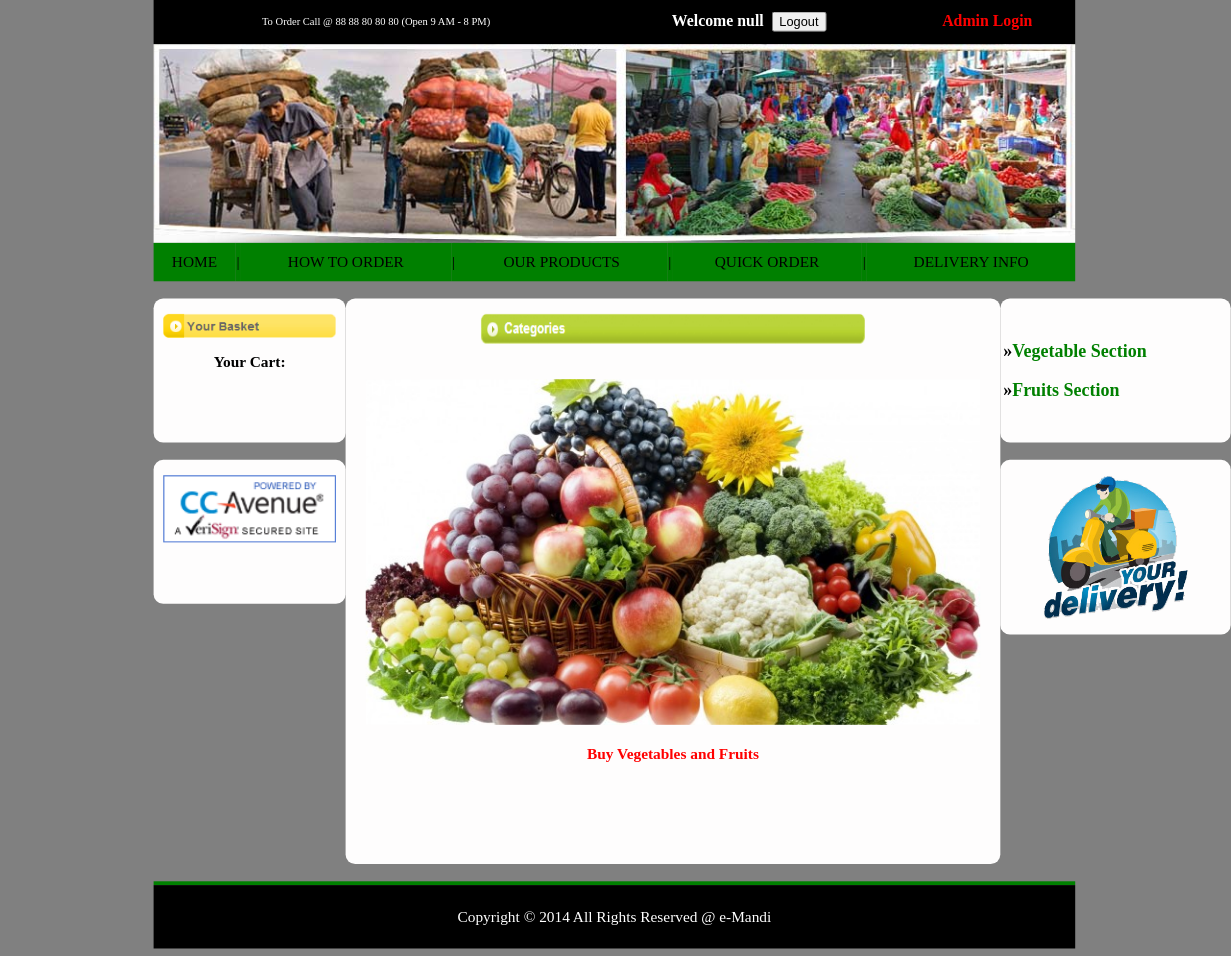
Repository: aashi12/e_mandi
Page: http://localhost/e_mandi/SuccessLogin.jsp
These files come from the project's save history. The page is drawn as it stood at one moment and after the next save; the edit follows.
The browser window is 1280 px wide. The page is 1282 px wide, then 1280 px, so the pictures cover 1282 px, including what lies to the right of the window. The pictures show the whole page, at 96% of full size.
The page is served by Tomcat 9.

Above is the page before, as saved 2014-04-12 06:18:33.

After the next save:
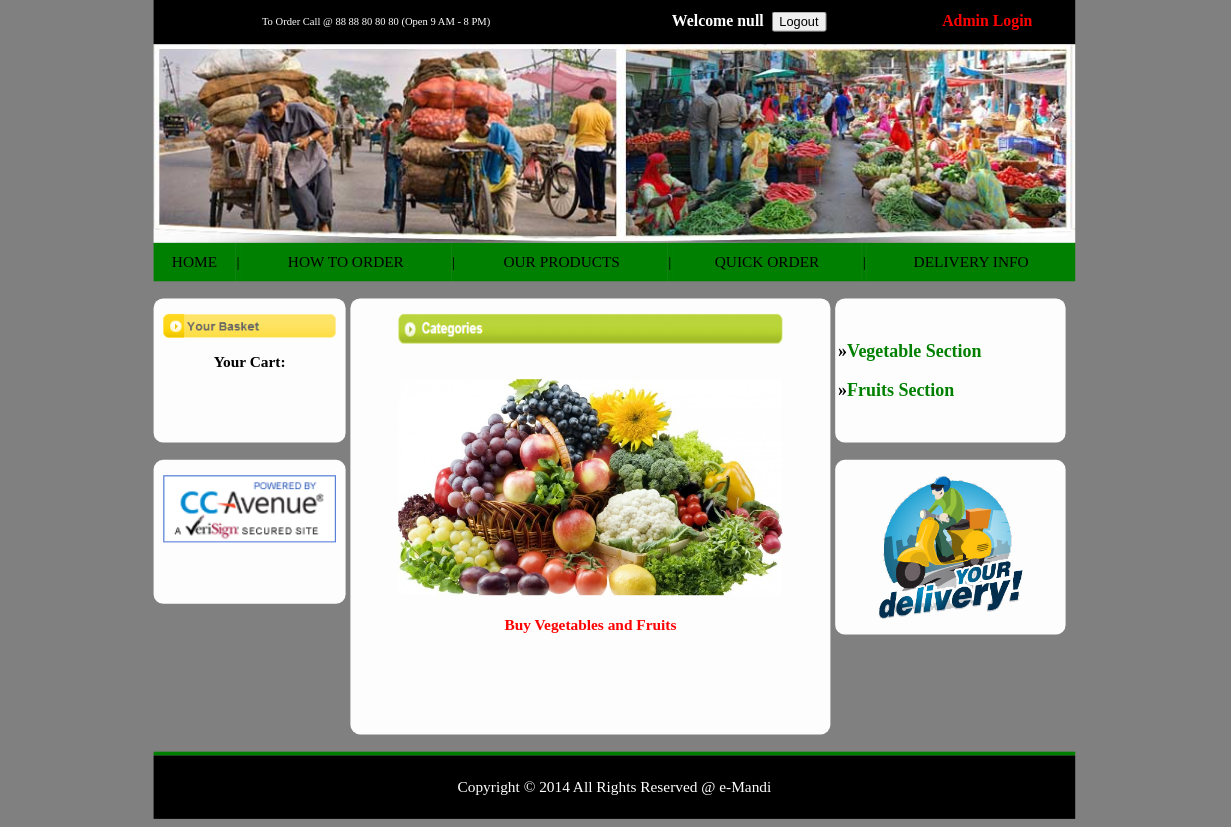
Saved 26 s later.
--- a/e_mandi/WebContent/SuccessLogin.jsp
+++ b/e_mandi/WebContent/SuccessLogin.jsp
@@ -93,7 +93,7 @@ if(amu==null)
 <p><img class="bask" src="images/cate.png" width="400" height="31"/></p>
 <table border="0" width="400" cellspacing="20">
 <tr>
-<td><a href="vegitable.jsp"><img src="images/veg.jpg" /></a></td>
+<td><a href="vegitable.jsp"><img src="images/veg.jpg" width="400"/></a></td>
 </tr>
 <tr>
 <td align="center" class="cat"><b><a href="vegitable.jsp">Buy Vegetables and Fruits</a></b></td>
